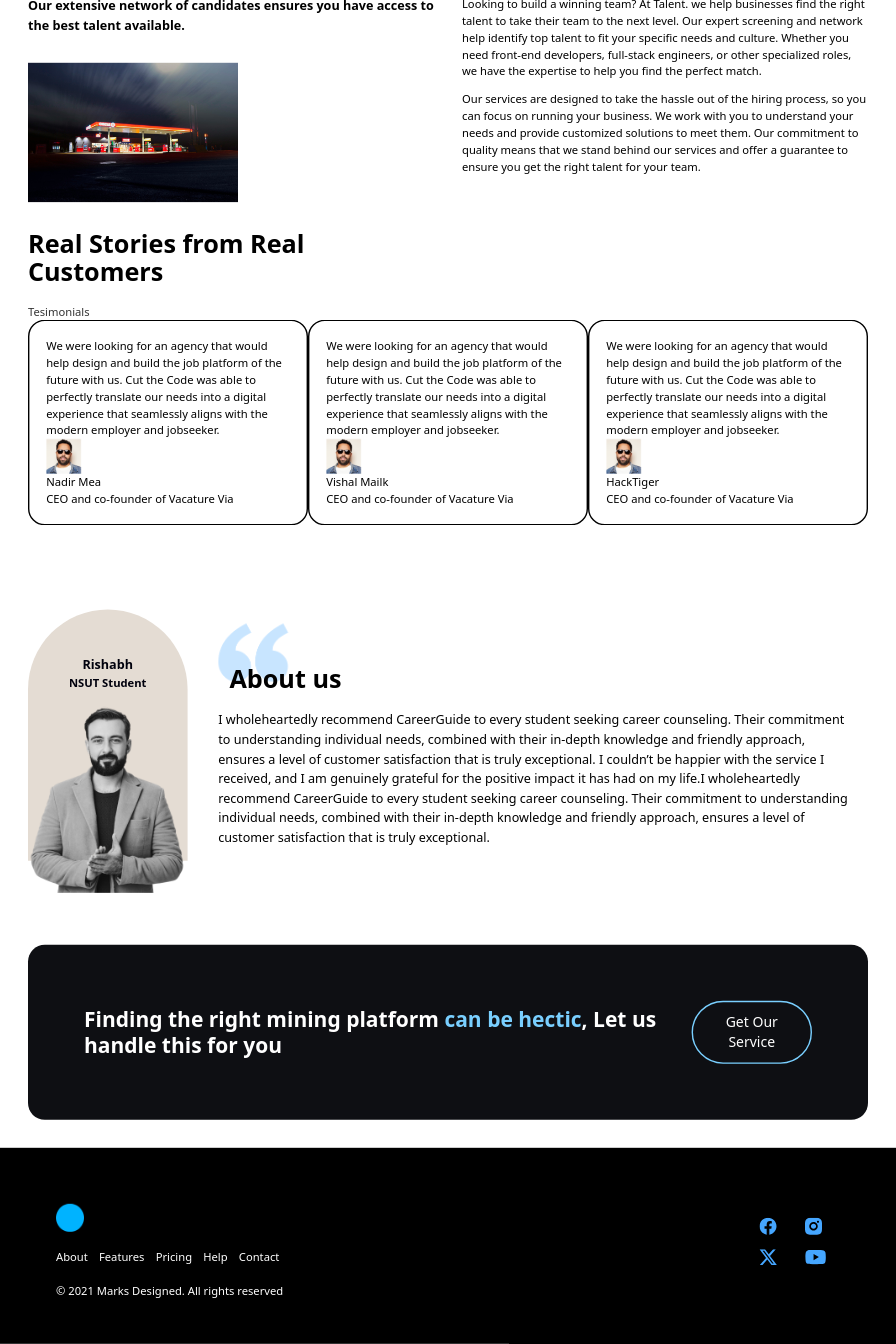
Repository: ayushtenguria/uniteksol
Page: /
An editor plug-in stored every save of this project. The page is shown before and after the next save, followed by the edit.
The browser window is 1280 px wide. The pictures show the part of the page from y = 1094 to 3014 px (the page is 3014 px tall before and 2990 px after), at 70% of full size.
The project was rebuilt for these pictures with package versions that can differ from the ones it lists, and the page was loaded fresh each time. The framework's server and built-in components were replaced by stand-ins that run in the browser. Also part of the build but not shown: next.config.mjs.

Above is the page before, as saved 2024-02-23 21:05:45.

### pages/index.js
import Image from "next/image";
import { Inter } from "next/font/google";
import Layout from "@/components/Layout";
import Hero from "@/components/Hero";
import CompanyLogos from "@/components/companyLogos";
import Story from "@/components/Story";
import ServiceBanner from "@/components/serviceBanner";
import About from "@/components/About";
import Testimonials from "@/components/Testimonials";

const inter = Inter({ subsets: ["latin"] });

export default function Home() {
  return (
    <Layout>
      <Hero></Hero>
      <CompanyLogos></CompanyLogos>
      <Story></Story>
      <Testimonials></Testimonials>
      <About></About>
      <ServiceBanner></ServiceBanner>
    </Layout>
  );
}

### styles/globals.css
@tailwind base;
@tailwind components;
@tailwind utilities;

/* 79CFFF */

.btn-blue{
  background-color: #79CFFF;
  border-radius: 50px;
  padding: 5px 10px;
  font-weight: 500;
  margin-left: 4px;
}

.btn-black{
  background-color: #333333;
  color: #79CFFF;
  border-radius: 50px;
  padding: 15px 40px;
  font-weight: 500;
}

.btn-blueht{
  background-color: #0E0F13;
  color: #ffffff;
  border-radius: 50px;
  border: 2px solid #79CFFF;
  padding: 15px 40px;
  font-weight: 500;
}

### components/Layout.js
import Footer from "./Footer";
import Nav from "./Nav";

export default function Layout({children}){
    return(
        <div className="">
            <Nav></Nav>
                {children}
            <Footer></Footer>
        </div>
    )
}

### components/Hero.js
import Image from "next/image";
import Card from "./Card";

export default function Hero() {
  return (
    <div className="flex gap-4 m-10 grid-cols-2 justify-between text-fontBlack">
      <div className="w-1/2">
        <div className="my-10">
          <h1 className="text-4xl font-bold mb-6">
            We build your dream house with our passion
          </h1>
          <p className="text-lg font-semibold mb-6">
            Our core goal is to respond to today's{" "}
            <span className="underline">dynamic marked</span> by equipping our
            customers with the digital tools they need to remain competitive,
            build their business, and empower the consumer experience.
          </p>
          <button className="btn-black text-lg">Learn More</button>
        </div>
        <div>
          <div className="flex gap-4">
            <Card bgColor={"landingGray"}>
              <span className="text-lg font-bold pb-2">362</span>
              <br></br>Lorem ipsum dolor amet, consectetur adipiscing elit.
              Faucibus in libero.Lorem ipsum dolor amet,
            </Card>
            <Card bgColor={"landingBlue"}>
              <span className="text-lg font-bold pb-2">178K+</span>
              <br></br>
              Lorem ipsum dolor amet, consectetur adipiscing elit. Faucibus in
              libero.Lorem ipsum dolor amet,
            </Card>
          </div>
          <div>
            <Card bgColor={"landingGray"}>
              <div className="flex">
                <span className="text-lg font-bold pb-2">Title</span>
                <br></br>Lorem ipsum dolor amet, consectetur adipiscing elit.
                Faucibus in libero.Lorem ipsum dolor amet,
                <Image src="/home.png" width={200} height={200}></Image>
              </div>
            </Card>
          </div>
        </div>
      </div>
      <div className="w-1/2">
        <Image
          src="/pump2.jpg"
          width={800}
          height={800}
          alt="Petrol pump image"
        ></Image>
      </div>
    </div>
  );
}

### components/Story.js
import Image from "next/image";

export default function Story() {
  return (
    <div className="m-10 mt-20">
        <div><h2 className="text-4xl font-bold pb-10">Our Story</h2></div>
      <div className="flex gap-10">
        <div className="w-1/2">
          <h4 className="text-lg font-semibold pb-10">
            Our extensive network of candidates ensures you have access to the
            best talent available.
          </h4>
          <Image src="/pump3.jpg" width={300} height={300}></Image>
        </div>
        <div className="w-1/2">
          <p className="mb-4">
            Looking to build a winning team? At Talent. we help businesses find
            the right talent to take their team to the next level. Our expert
            screening and network help identify top talent to fit your specific
            needs and culture. Whether you need front-end developers, full-stack
            engineers, or other specialized roles, we have the expertise to help
            you find the perfect match.
          </p>
          <p>
            Our services are designed to take the hassle out of the hiring
            process, so you can focus on running your business. We work with you
            to understand your needs and provide customized solutions to meet
            them. Our commitment to quality means that we stand behind our
            services and offer a guarantee to ensure you get the right talent
            for your team.
          </p>
        </div>
      </div>
    </div>
  );
}

### components/serviceBanner.js
export default function ServiceBanner(){
    return(
        <div className="bg-landingBlack m-10 text-white p-20 rounded-3xl flex justify-between items-center font-semibold">
            <div className="text-3xl mr-10">
                Finding the right mining platform <span className="text-landingBlue">can be hectic</span>, Let us handle this for you
            </div>
            <div>
                <button className="btn-blueht text-xl">Get Our Service</button>
            </div>
        </div>
    )
}

### components/About.js
import Image from "next/image";

export default function About(){
    return(
        <div className="flex m-10 py-20 gap-6">
            <div className="bg-[#E4DCD3] rounded-t-full">
                <div className="flex justify-center relative top-16">
                    <p className="text-[#00010D] font-semibold"><span className="font-semibold flex justify-center text-lg">Rishabh</span> NSUT Student</p>
                </div>

                <Image src="/Person.png" width={1400} height={1400} className="relative top-20"></Image>
            </div>
            <div className="m-5">
                <Image src='/quote.png' width={100} height={100} className="relative z-0"></Image>
                <h2 className="text-4xl font-bold relative z-30 bottom-6 ml-4">
                    About us
                </h2>
                <p className="text-lg font-medium">
                I wholeheartedly recommend CareerGuide to every student seeking career counseling. Their commitment to understanding individual needs, combined with their in-depth knowledge and friendly approach, ensures a level of customer satisfaction that is truly exceptional. I couldn’t be happier with the service I received, and I am genuinely grateful for the positive impact it has had on my life.I wholeheartedly recommend CareerGuide to every student seeking career counseling. Their commitment to understanding individual needs, combined with their in-depth knowledge and friendly approach, ensures a level of customer satisfaction that is truly exceptional.
                </p>
            </div>
        </div>
    )
}

### components/Testimonials.js
import { TESTIMONIALS } from "@/constants/constants";
import Image from "next/image";
import Card from "./Card";
import SimpleSlider from "./SimpleSlider";
import Slider from "./SimpleSlider";

export default function Testimonials(){
    return(
        <div className="m-10">
            <h1 className="w-1/3 text-4xl font-bold mb-6">
            Real Stories from Real Customers
            </h1>
            <p className="text-fontBlack">Tesimonials</p>
            <SimpleSlider dots={false} noOfSlides={3}  >
                {TESTIMONIALS.map((t)=>(
                <div className="rounded-3xl p-4 border-2 border-black">
                    <div className="p-2">
                    <div>
                        {t.description}
                    </div>
                    <div>
                        <Image src={t.src} width={50} height={50}></Image>
                        <div>
                            <h3>{t.name}</h3>
                            <p>{t.designation}</p>
                        </div>
                    </div>
                    </div>
                </div>
            ))}
            </SimpleSlider>

        </div>
    )
}

### components/Footer.js
import { FOOTER_LINKS } from "@/constants/constants";
import Image from "next/image";
import Link from "next/link";
import Socials from "./Socials";

export default function Footer() {
  return (
    <div className="w-screen h-full bg-black text-white flex justify-between p-20 pb-16">
      <div>
        <Image
          src="/blue-dot.png"
          width={40}
          height={40}
          alt="logo of company"
        ></Image>
        <div className="flex gap-4 my-6">
          {FOOTER_LINKS.map((item) => (
            <Link href={item.href}>{item.label}</Link>
          ))}
        </div>
      <div>© 2021 Marks Designed. All rights reserved</div>
      </div>
      <div>
        <Socials></Socials>
      </div>
    </div>
  );
}

### components/Nav.js
import { NAV_LINKS } from "@/constants/constants";
import Image from "next/image";
import Link from "next/link";

export default function Nav() {
  return (
    <div className="flex justify-between m-10">
      <div>
        <Image
          src="/blue-dot.png"
          width={40}
          height={40}
          alt="logo of company"
        ></Image>
      </div>
      <div className="hidden h-full lg:flex">
        {NAV_LINKS.map((item) => (
          <Link href={item.href} key={item.key} className="p-4">
            {item.label}
          </Link>
        ))}
        <button className="btn-blue">Book an Appointment!</button>
      </div>

      <div className="inline-block cursor-pointer lg:hidden">
        <svg
          xmlns="http://www.w3.org/2000/svg"
          fill="none"
          viewBox="0 0 24 24"
          stroke-width="1.5"
          stroke="currentColor"
          class="w-8 h-8"
        >
          <path
            stroke-linecap="round"
            stroke-linejoin="round"
            d="M3.75 6.75h16.5M3.75 12h16.5m-16.5 5.25h16.5"
          />
        </svg>
      </div>
    </div>
  );
}

### components/Card.js
export default function Card({title,bgColor,children,textColor}){
    const bgColorClass = bgColor ? `bg-${bgColor}` : "bg-black";
    const textColorClass = textColor ? `text-${textColor}` : "text-black";
    return(
        // <div className={bgColorClass+" rounded-lg border-2 border-black p-4 my-2" + textColorClass}>
        <div className={`bg-landingGray rounded-3xl p-4 m-2`}>
            {children}
        </div>
    )
}

### constants/constants.js
export const NAV_LINKS = [
    { href: '/solution', key: 'solution', label: 'Our Solution' },
    { href: '/nocode', key: 'no_code', label: 'No-Code' },
    { href: '/projects', key: 'projects', label: 'Projects' },
    { href: '/about', key: 'about', label: 'About us' },
    { href: '/contact', key: 'contact', label: 'Contact' }
];

export const FOOTER_LINKS = [
    { href: '/about', key: 'about', label: 'About' },
    { href: '/features', key: 'features', label: 'Features' },
    { href: '/pricing', key: 'pricing', label: 'Pricing' },
    { href: '/help', key: 'help', label: 'Help' },
    { href: '/contact', key: 'contact', label: 'Contact' }
];

export const TESTIMONIALS = [
    { src:'/testi1.png',name: 'Nadir Mea', designation:'CEO and co-founder of Vacature Via', key: 'about', description: 'We were looking for an agency that would help design and build the job platform of the future with us. Cut the Code was able to perfectly translate our needs into a digital experience that seamlessly aligns with the modern employer and jobseeker.' },
    { src:'/testi1.png',name: 'Vishal Mailk', designation:'CEO and co-founder of Vacature Via', key: 'about', description: 'We were looking for an agency that would help design and build the job platform of the future with us. Cut the Code was able to perfectly translate our needs into a digital experience that seamlessly aligns with the modern employer and jobseeker.' },
    { src:'/testi1.png',name: 'HackTiger', designation:'CEO and co-founder of Vacature Via', key: 'about', description: 'We were looking for an agency that would help design and build the job platform of the future with us. Cut the Code was able to perfectly translate our needs into a digital experience that seamlessly aligns with the modern employer and jobseeker.' },
    { src:'/testi1.png',name: 'Rishabh', designation:'CEO and co-founder of Vacature Via', key: 'about', description: 'We were looking for an agency that would help design and build the job platform of the future with us. Cut the Code was able to perfectly translate our needs into a digital experience that seamlessly aligns with the modern employer and jobseeker.' },
    { src:'/testi1.png',name: 'Nadir Mea', designation:'CEO and co-founder of Vacature Via', key: 'about', description: 'We were looking for an agency that would help design and build the job platform of the future with us. Cut the Code was able to perfectly translate our needs into a digital experience that seamlessly aligns with the modern employer and jobseeker.' },
    { src:'/testi1.png',name: 'Nadir Mea', designation:'CEO and co-founder of Vacature Via', key: 'about', description: 'We were looking for an agency that would help design and build the job platform of the future with us. Cut the Code was able to perfectly translate our needs into a digital experience that seamlessly aligns with the modern employer and jobseeker.' },
    { src:'/testi1.png',name: 'Nadir Mea', designation:'CEO and co-founder of Vacature Via', key: 'about', description: 'We were looking for an agency that would help design and build the job platform of the future with us. Cut the Code was able to perfectly translate our needs into a digital experience that seamlessly aligns with the modern employer and jobseeker.' },
]

### components/SimpleSlider.js
import "slick-carousel/slick/slick.css";
import "slick-carousel/slick/slick-theme.css";

import React from "react";
import Slider from "react-slick";

export default function SimpleSlider({children,dots,noOfSlides}) {
    var settings = {
      dots: dots,
      infinite: true,
      speed: 500,
      slidesToShow: noOfSlides,
      slidesToScroll: 1,
      initialSlide: 0,
      arrows:false,
      // autoplay: true,
      // speed: 3000,
      // autoplaySpeed: 3000,
      draggable:true,
      swipe:true,
      responsive: [
        {
          breakpoint: 1024,
          settings: {
            slidesToShow: 2,
            slidesToScroll: 1,
            infinite: true,
            dots: true
          }
        },
        {
          breakpoint: 600,
          settings: {
            slidesToShow: 1,
            slidesToScroll: 1,
            initialSlide: 1
          }
        },
        {
          breakpoint: 480,
          settings: {
            slidesToShow: 1,
            slidesToScroll: 1
          }
        }
      ]
    };
    return (
      <div className="slider-container">
        <Slider {...settings}>
        {children}
        </Slider>
      </div>
    );
  }

### components/Socials.js
export default function Socials() {
  return (
    <div>
      <div className="flex gap-10 m-5">
        <svg
          width="25"
          height="25"
          viewBox="0 0 25 25"
          fill="none"
          xmlns="http://www.w3.org/2000/svg"
        >
          <path
            d="M12.1528 0C5.4408 0 0 5.4408 0 12.1528C0 18.2182 4.44427 23.2458 10.2545 24.1585V15.6649H7.16771V12.1528H10.2545V9.47552C10.2545 6.43004 12.0677 4.74809 14.8446 4.74809C16.1741 4.74809 17.5644 4.98507 17.5644 4.98507V7.97465H16.0332C14.5226 7.97465 14.0523 8.91163 14.0523 9.87292V12.1528H17.4222L16.8839 15.6649H14.0523V24.1585C19.8613 23.2471 24.3056 18.217 24.3056 12.1528C24.3056 5.4408 18.8648 0 12.1528 0Z"
            fill="#45A6FF"
          />
        </svg>
        <svg
          width="25"
          height="25"
          viewBox="0 0 25 25"
          fill="none"
          xmlns="http://www.w3.org/2000/svg"
        >
          <path
            d="M12.1528 0C15.4547 0 15.8667 0.0121527 17.1622 0.0729166C18.4564 0.133681 19.3375 0.336632 20.1128 0.638021C20.9149 0.946702 21.5906 1.36476 22.2663 2.03924C22.8843 2.64675 23.3624 3.38162 23.6675 4.19271C23.9677 4.96684 24.1719 5.84913 24.2326 7.1434C24.2898 8.43889 24.3056 8.85087 24.3056 12.1528C24.3056 15.4547 24.2934 15.8667 24.2326 17.1622C24.1719 18.4564 23.9677 19.3375 23.6675 20.1128C23.3633 20.9244 22.885 21.6594 22.2663 22.2663C21.6586 22.8841 20.9238 23.3622 20.1128 23.6675C19.3387 23.9677 18.4564 24.1719 17.1622 24.2326C15.8667 24.2898 15.4547 24.3056 12.1528 24.3056C8.85087 24.3056 8.43889 24.2934 7.1434 24.2326C5.84913 24.1719 4.96806 23.9677 4.19271 23.6675C3.3813 23.3631 2.6463 22.8848 2.03924 22.2663C1.42115 21.6589 0.942972 20.924 0.638021 20.1128C0.336632 19.3387 0.133681 18.4564 0.0729166 17.1622C0.0157985 15.8667 0 15.4547 0 12.1528C0 8.85087 0.0121527 8.43889 0.0729166 7.1434C0.133681 5.84792 0.336632 4.96806 0.638021 4.19271C0.942127 3.38112 1.42042 2.64605 2.03924 2.03924C2.64648 1.42094 3.38142 0.942727 4.19271 0.638021C4.96806 0.336632 5.84792 0.133681 7.1434 0.0729166C8.43889 0.0157985 8.85087 0 12.1528 0ZM12.1528 6.07639C10.5412 6.07639 8.99567 6.71658 7.85612 7.85612C6.71658 8.99567 6.07639 10.5412 6.07639 12.1528C6.07639 13.7643 6.71658 15.3099 7.85612 16.4494C8.99567 17.589 10.5412 18.2292 12.1528 18.2292C13.7643 18.2292 15.3099 17.589 16.4494 16.4494C17.589 15.3099 18.2292 13.7643 18.2292 12.1528C18.2292 10.5412 17.589 8.99567 16.4494 7.85612C15.3099 6.71658 13.7643 6.07639 12.1528 6.07639ZM20.0521 5.77257C20.0521 5.36968 19.892 4.98329 19.6072 4.69841C19.3223 4.41352 18.9359 4.25347 18.533 4.25347C18.1301 4.25347 17.7437 4.41352 17.4588 4.69841C17.1739 4.98329 17.0139 5.36968 17.0139 5.77257C17.0139 6.17546 17.1739 6.56185 17.4588 6.84673C17.7437 7.13162 18.1301 7.29167 18.533 7.29167C18.9359 7.29167 19.3223 7.13162 19.6072 6.84673C19.892 6.56185 20.0521 6.17546 20.0521 5.77257ZM12.1528 8.50695C13.1197 8.50695 14.047 8.89106 14.7308 9.57479C15.4145 10.2585 15.7986 11.1858 15.7986 12.1528C15.7986 13.1197 15.4145 14.047 14.7308 14.7308C14.047 15.4145 13.1197 15.7986 12.1528 15.7986C11.1858 15.7986 10.2585 15.4145 9.57479 14.7308C8.89106 14.047 8.50695 13.1197 8.50695 12.1528C8.50695 11.1858 8.89106 10.2585 9.57479 9.57479C10.2585 8.89106 11.1858 8.50695 12.1528 8.50695Z"
            fill="#45A6FF"
          />
        </svg>
      </div>
      <div className="flex gap-10 m-5">
        <svg
          width="25"
          height="23"
          viewBox="0 0 25 23"
          fill="none"
          xmlns="http://www.w3.org/2000/svg"
        >
          <path
            d="M19.5234 0H23.3259L15.0207 9.5169L24.7917 22.4674H17.1419L11.1501 14.6116L4.29361 22.4674H0.489635L9.3728 12.2874L0 0H7.84501L13.2604 7.17874L19.5234 0ZM18.1909 20.1866H20.2982L6.6984 2.16152H4.43926L18.1909 20.1866Z"
            fill="#45A6FF"
          />
        </svg>
        <svg
          width="30"
          height="22"
          viewBox="0 0 30 22"
          fill="none"
          xmlns="http://www.w3.org/2000/svg"
        >
          <path
            d="M12.2356 15.5277L19.8044 11.1527L12.2356 6.77767V15.5277ZM29.094 4.10892C29.2836 4.79434 29.4148 5.71309 29.5023 6.87975C29.6044 8.04642 29.6481 9.05267 29.6481 9.92767L29.7356 11.1527C29.7356 14.3464 29.5023 16.6943 29.094 18.1964C28.7294 19.5089 27.8836 20.3548 26.5711 20.7193C25.8856 20.9089 24.6315 21.0402 22.7065 21.1277C20.8106 21.2298 19.0752 21.2735 17.4711 21.2735L15.1523 21.361C9.04189 21.361 5.23564 21.1277 3.73355 20.7193C2.42105 20.3548 1.57522 19.5089 1.21064 18.1964C1.02105 17.511 0.889803 16.5923 0.802303 15.4256C0.70022 14.2589 0.65647 13.2527 0.65647 12.3777L0.56897 11.1527C0.56897 7.95892 0.802303 5.611 1.21064 4.10892C1.57522 2.79642 2.42105 1.95059 3.73355 1.586C4.41897 1.39642 5.67314 1.26517 7.59814 1.17767C9.49397 1.07559 11.2294 1.03184 12.8336 1.03184L15.1523 0.944336C21.2627 0.944336 25.069 1.17767 26.5711 1.586C27.8836 1.95059 28.7294 2.79642 29.094 4.10892Z"
            fill="#45A6FF"
          />
        </svg>
      </div>
    </div>
  );
}

Loaded but not shown: pages/_app.js (common file); pages/_document.js (common file); components/companyLogos.js (library); tailwind.config.js (common file)

After the next save:
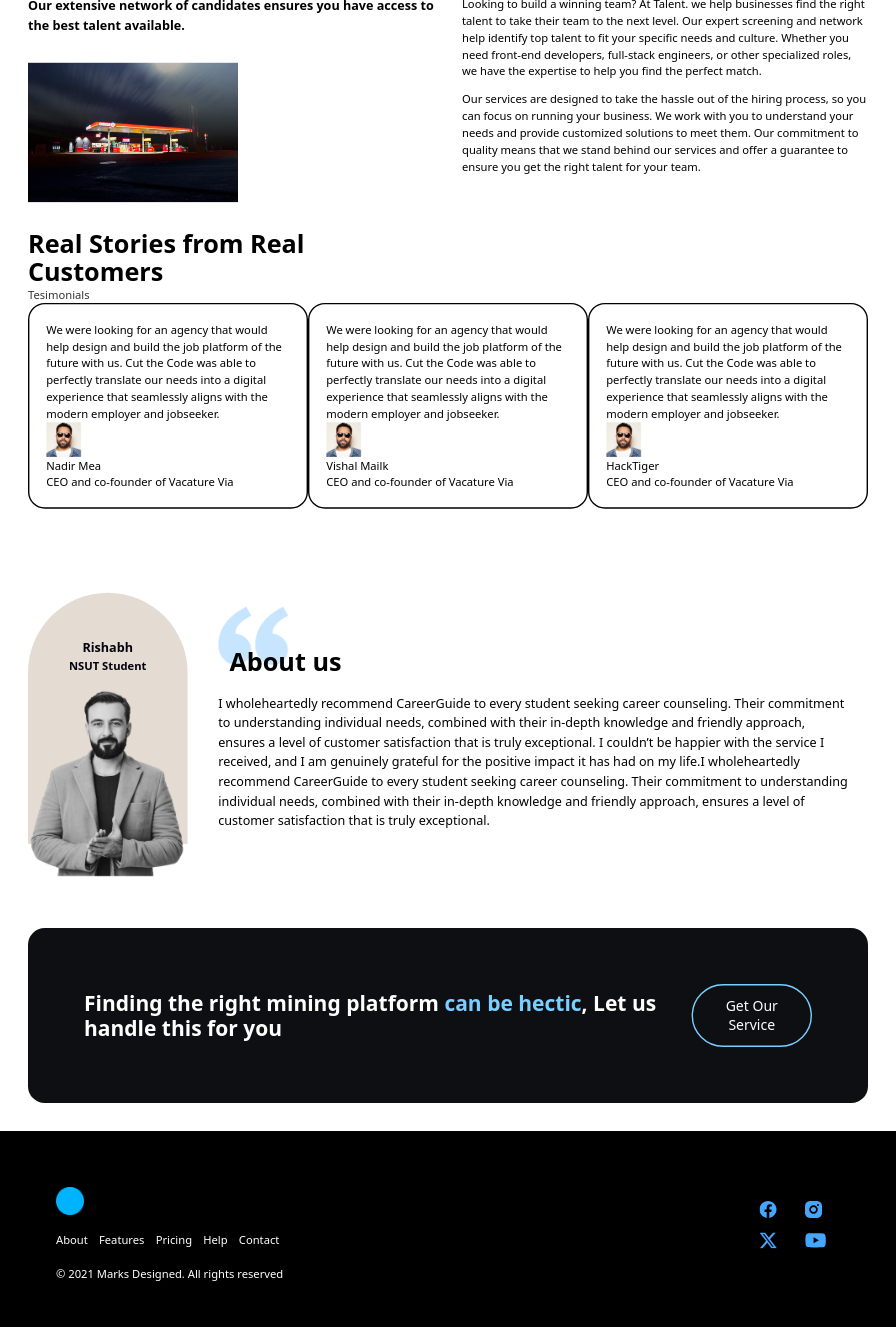
Saved 10 s later.
--- a/components/Testimonials.js
+++ b/components/Testimonials.js
@@ -7,7 +7,7 @@
 export default function Testimonials(){
     return(
         <div className="m-10">
-            <h1 className="w-1/3 text-4xl font-bold mb-6">
+            <h1 className="w-1/3 text-4xl font-bold">
             Real Stories from Real Customers
             </h1>
             <p className="text-fontBlack">Tesimonials</p>
